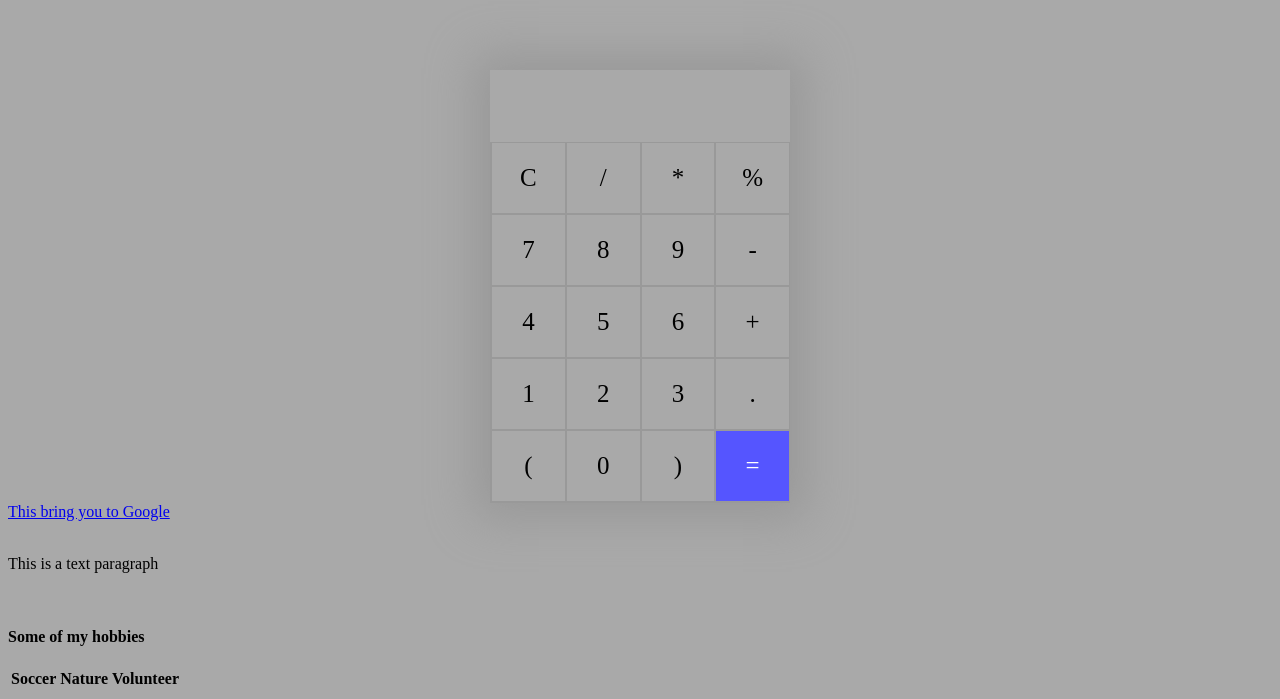
Repository: EX-Salesforce-Training/squad-repo-hapsburg-hopefuls
Page: squad-repo-hapsburg-hopefuls/abouteYao.html
These files come from the project's save history. The page is drawn as it stood at one moment and after the next save; the edit follows.
The browser window is 1280 px wide. The pictures show the part of the page from y = 541 to 1240 px (the page is 1240 px tall).
A picture or video elsewhere on the page could not be fetched, so the positions and the page height are approximate.

Above is the page before, as saved 2021-11-27 10:07:01.

After the next save:
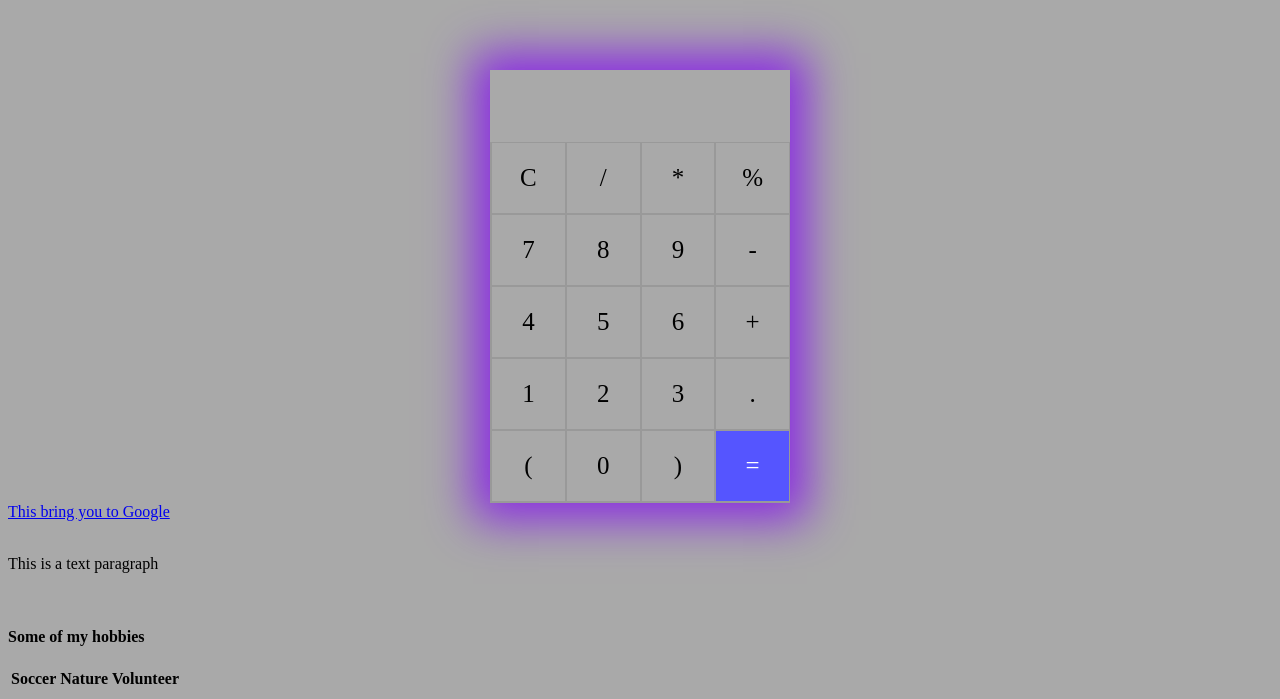
Saved 4 min 23 s later.
--- a/squad-repo-hapsburg-hopefuls/abouteYao.css
+++ b/squad-repo-hapsburg-hopefuls/abouteYao.css
@@ -1,7 +1,7 @@
 .container {
     max-width: 300px;
     margin: 10vh auto 0 auto;
-    box-shadow: 0px 0px 43px 17px rgba(153,153,153,1);
+    box-shadow: 0px 0px 43px 17px blueviolet;
     }
     #display {
        text-align: right;
